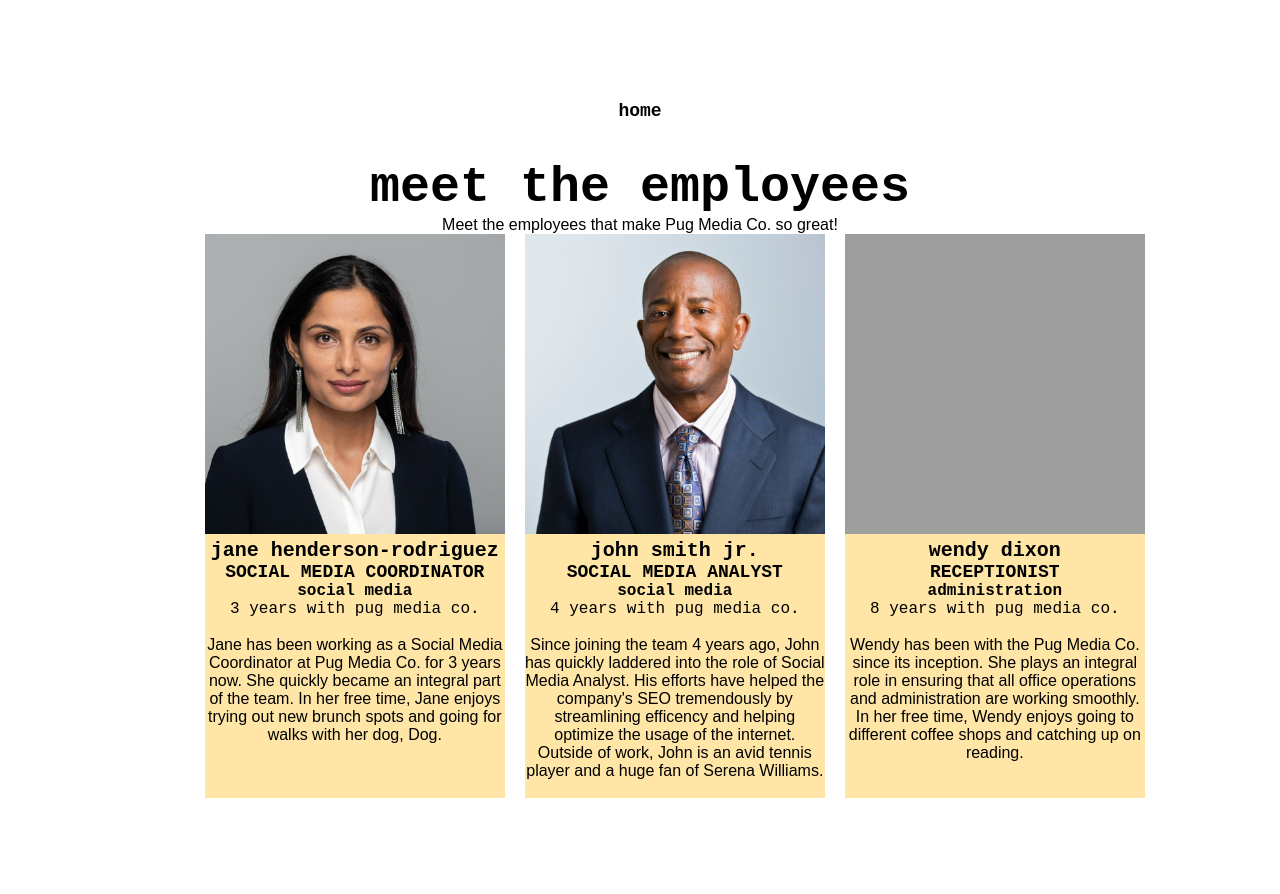
Repository: cheungglenda/MDIA2109-Week3
Page: /about
These files come from the project's save history. The page is drawn as it stood at one moment and after the next save; the edit follows.
The browser window is 1280 px wide. The pictures show the whole page.
Pictures or frames that could not be fetched are drawn as grey boxes. The project was rebuilt for these pictures with package versions that can differ from the ones it lists, and the page was loaded fresh each time. The framework's server and built-in components were replaced by stand-ins that run in the browser. Also part of the build but not shown: next.config.js.

Above is the page before, as saved 2023-01-20 12:42:46.

After the next save:
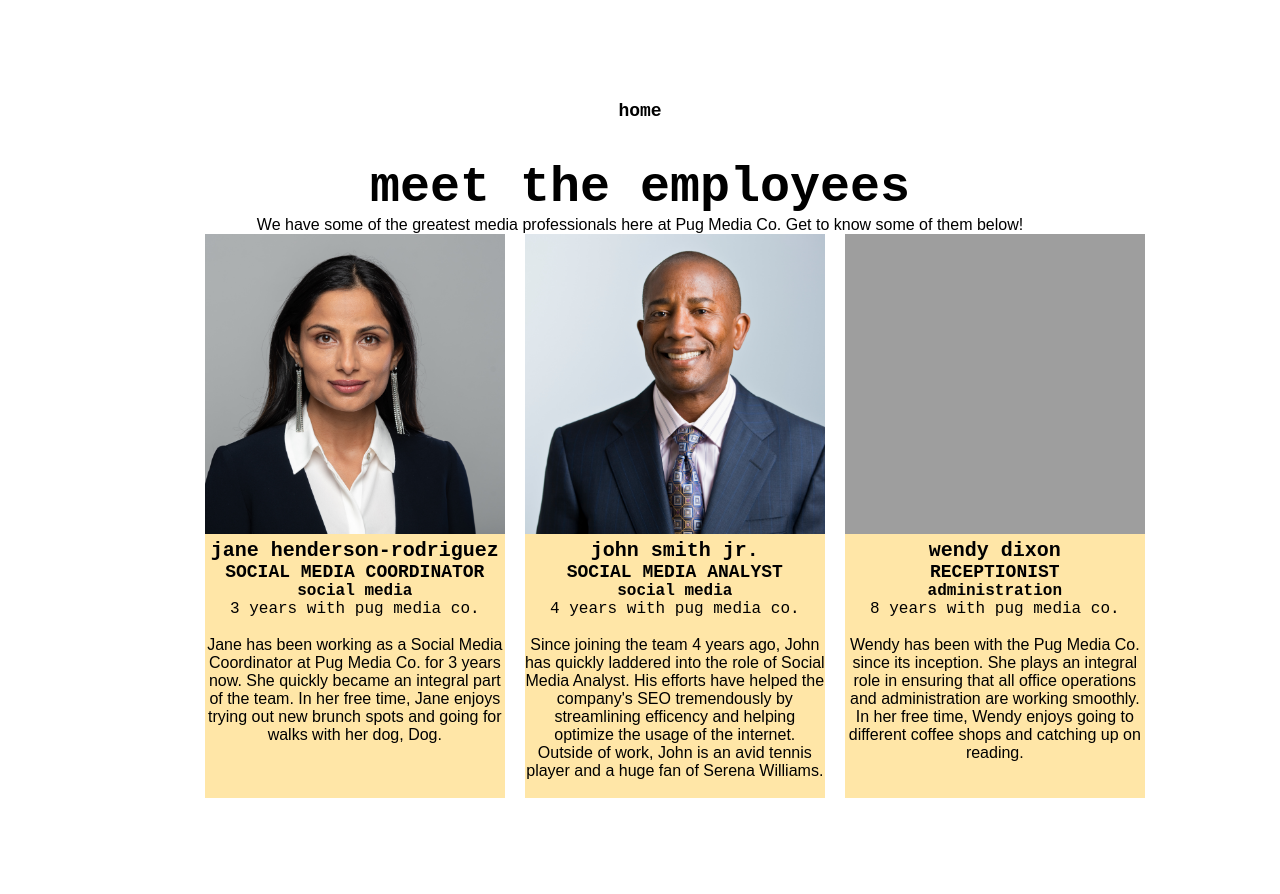
Saved 31 s later.
--- a/pages/about.js
+++ b/pages/about.js
@@ -22,7 +22,7 @@ export default function About() {
       <Link href="/" className={styles.links}>Home</Link>
 
       <div className={styles.meetTitle}>Meet the Employees</div>
-      <div className={styles.titleDesc}>Meet the employees that make Pug Media Co. so great!</div>
+      <div className={styles.titleDesc}>We have some of the greatest media professionals here at Pug Media Co. Get to know some of them below!</div>
 
         <div className={styles.grid}>
           <div className={styles.employees}>
